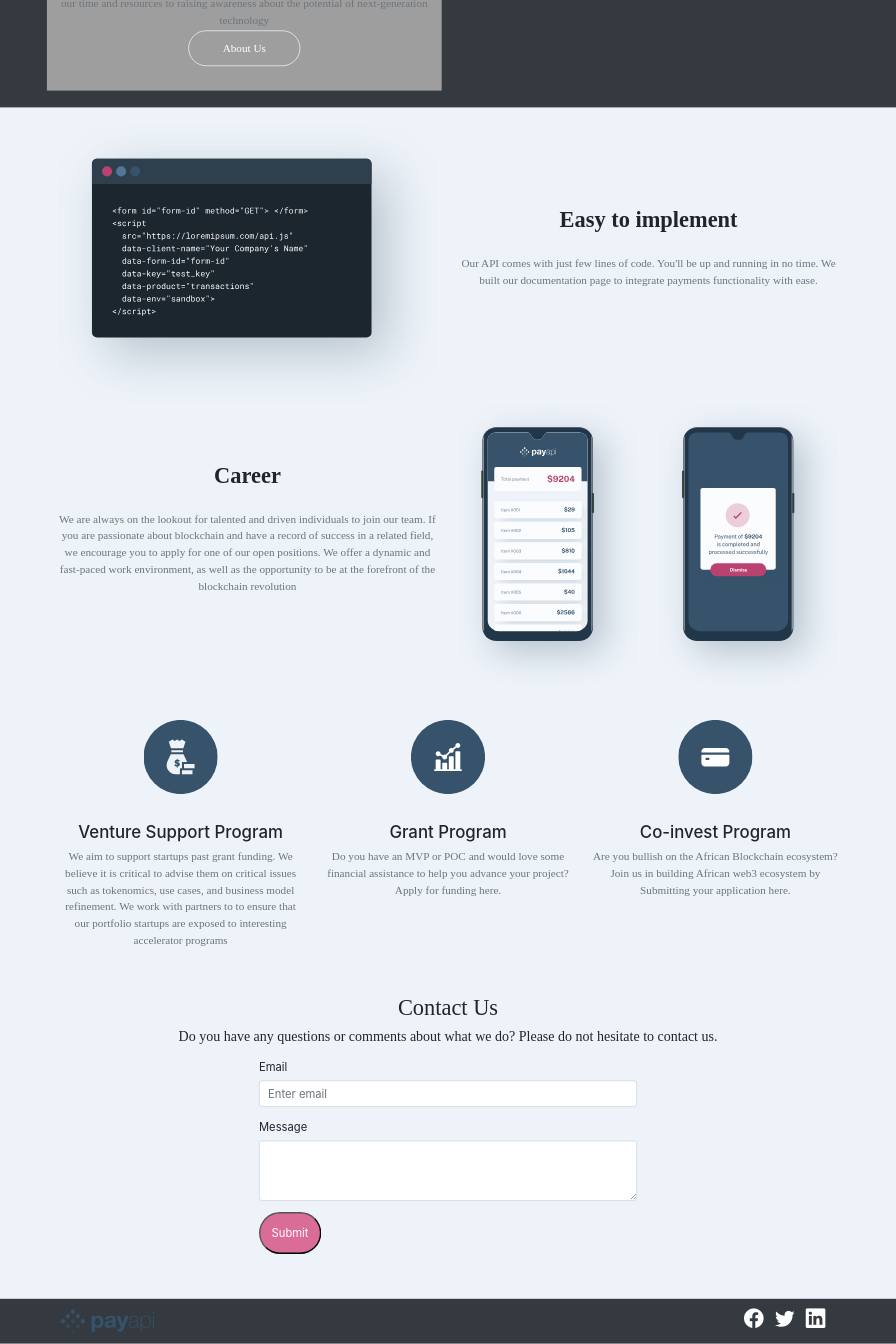
Repository: Jeremicarose/G7-venture
Page: index.html
These files come from the project's save history. The page is drawn as it stood at one moment and after the next save; the edit follows.
The browser window is 1280 px wide. The pictures show the part of the page from y = 1268 to 3188 px (the page is 3188 px tall before and 3180 px after), at 70% of full size.
Pictures or frames that could not be fetched are drawn as grey boxes.

Above is the page before, as saved 2023-02-03 18:56:57.

After the next save:
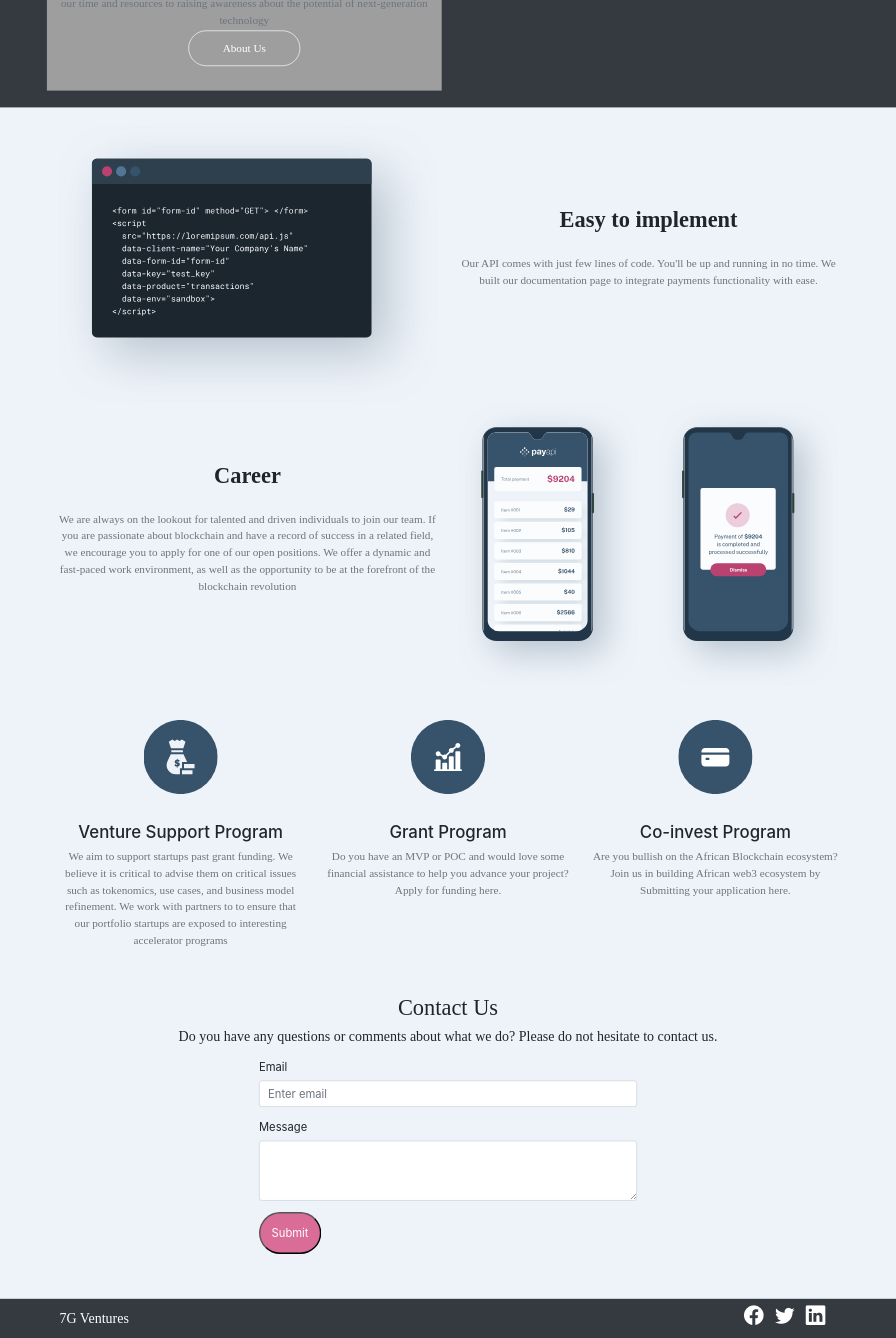
Saved 69 s later.
--- a/index.html
+++ b/index.html
@@ -284,9 +284,7 @@
       <nav class="navbar navbar-expand-md navbar-dark text-white pt-2 pb-2">
         <div class="container align-items-center">
           <!-- navbar brand  -->
-          <a class="navbar-brand text-white" href="#homepage">
-            <img src="asset\logo.svg" alt="" />
-          </a>
+          <a class="navbar-brand" href="#">7G Ventures</a>
 
           <!-- navbar links -->
           <div
